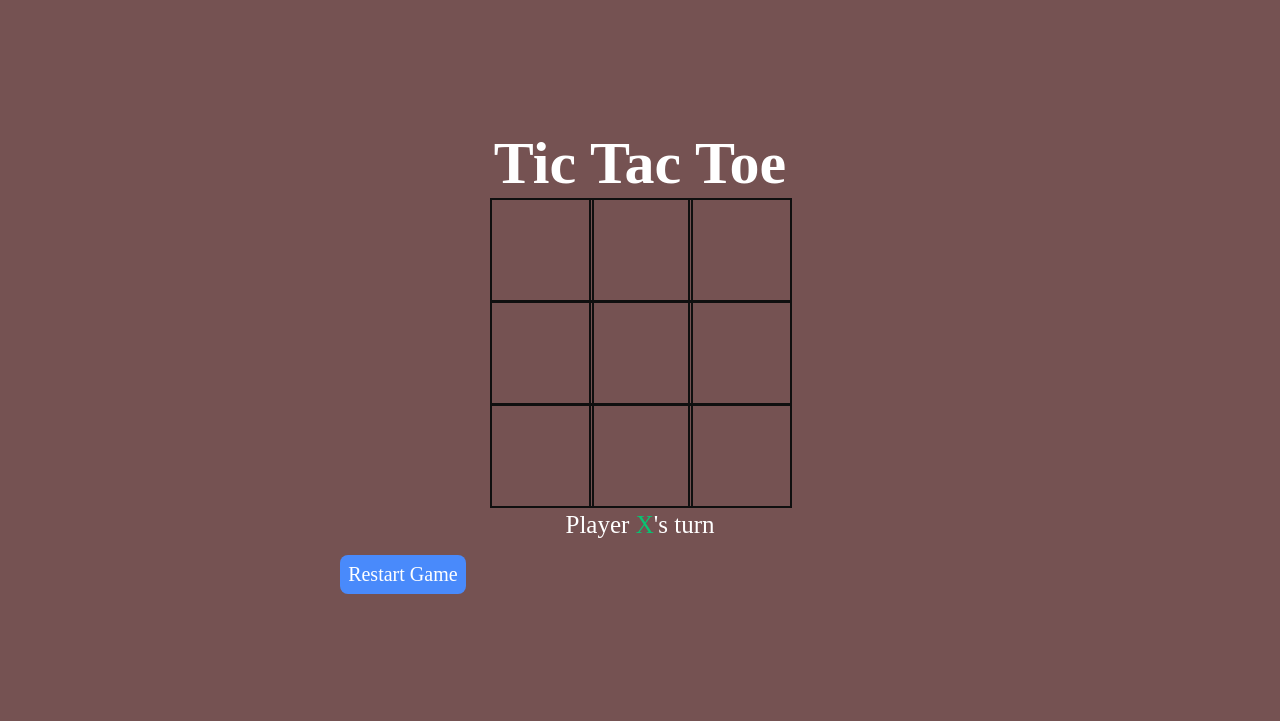
Repository: sedashahnazaryan/tic-tac-too
Page: index.html
These files come from the project's save history. The page is drawn as it stood at one moment and after the next save; the edit follows.
The browser window is 1280 px wide. The pictures show the whole page.

Above is the page before, as saved 2022-02-01 00:02:44.

After the next save:
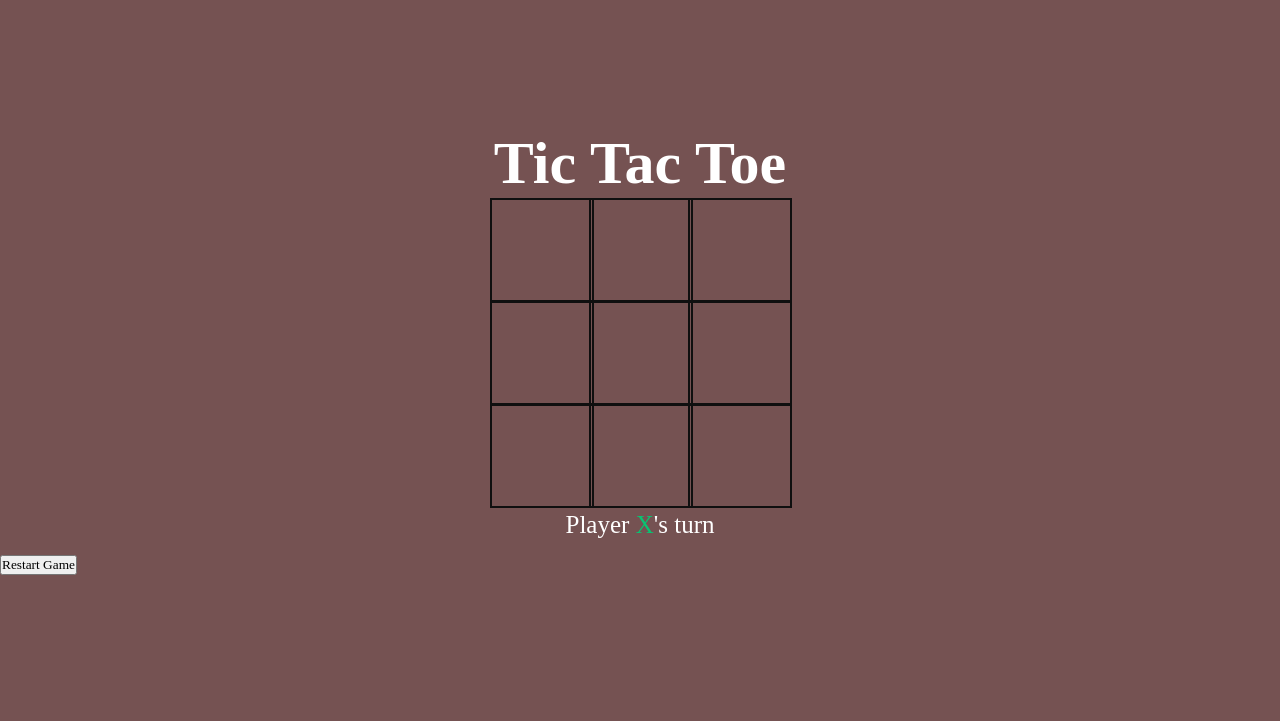
Saved 5 s later.
--- a/index.html
+++ b/index.html
@@ -28,7 +28,7 @@
     </section>
     <section class="display announcer hide"></section>
     <section class="controls">
-        <button id="reset">Restart Game</button>
+        <button id="">Restart Game</button>
     </section>
 </main>
   <body>

After the 3 saves that followed:
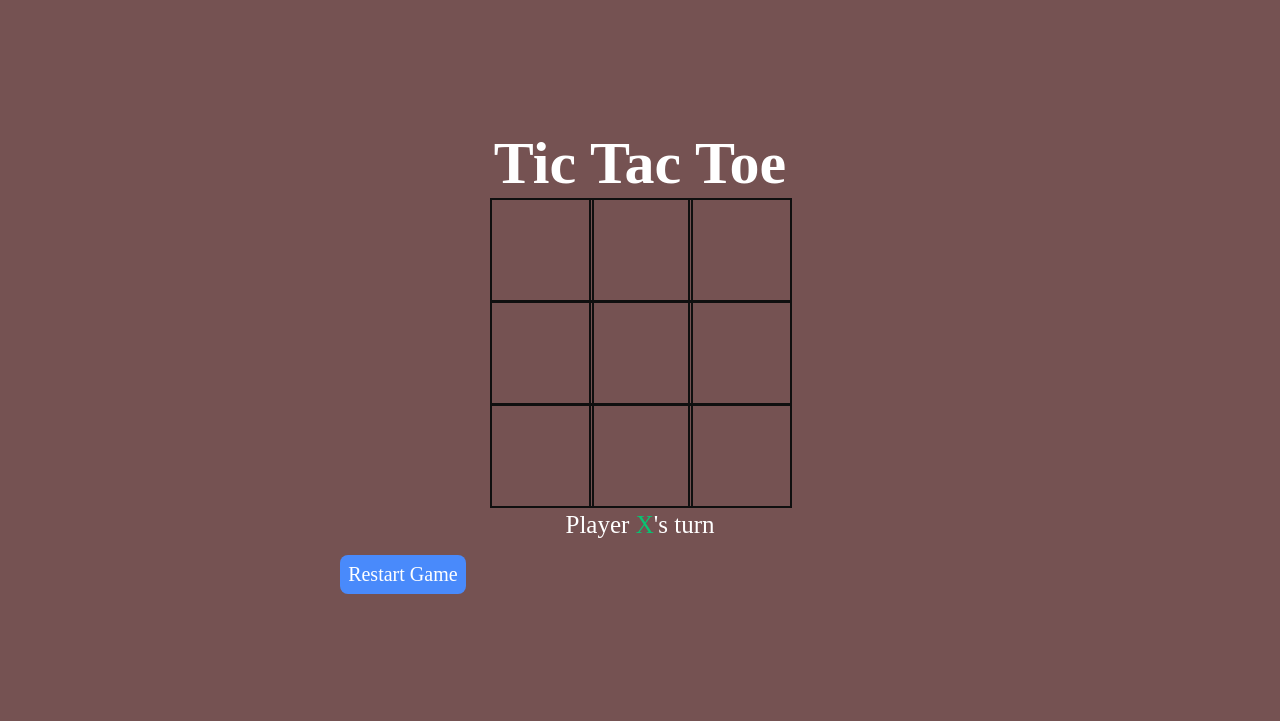
The 3 saves are shown as one change because 1 left the picture as it was and some came seconds apart.
The last was saved 27 s later.
--- a/index.html
+++ b/index.html
@@ -28,7 +28,7 @@
     </section>
     <section class="display announcer hide"></section>
     <section class="controls">
-        <button id="">Restart Game</button>
+        <button id="restart">Restart Game</button>
     </section>
 </main>
   <body>
--- a/index.css
+++ b/index.css
@@ -56,7 +56,7 @@
     align-items: center;
     margin-top: 1cm;
 }
-#reset{
+#restart{
     background-color: #498AFB;
     color: white;
     padding: 8px;
